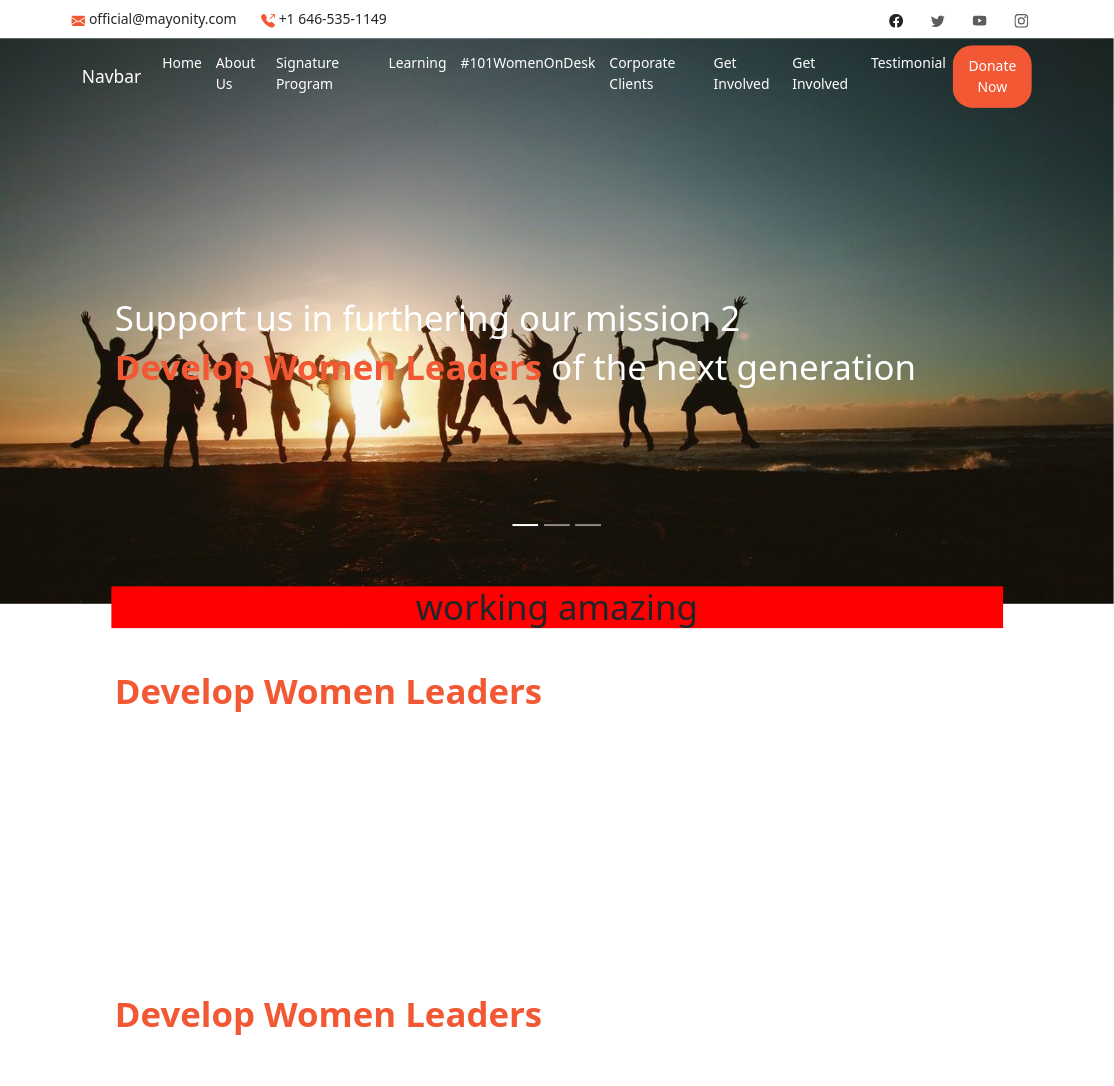
Repository: rizwan-zafar/wings
Page: /
The author's editor kept a copy of each file at every save. The page is drawn from the files as they stood at one save, then again after the next save.
The browser window is 1280 px wide. The pictures show the whole page, at 87% of full size.
The project was rebuilt for these pictures with package versions that can differ from the ones it lists, and the page was loaded fresh each time.

Above is the page before, as saved 2022-11-27 11:17:32.

### public/index.html
<!DOCTYPE html>
<html lang="en">
  <head>
    <meta charset="utf-8" />
    <link rel="icon" href="%PUBLIC_URL%/favicon.ico" />
    <meta name="viewport" content="width=device-width, initial-scale=1" />
    <meta name="theme-color" content="#000000" />
    <meta
      name="description"
      content="Web site created using create-react-app"
    />
    <link rel="apple-touch-icon" href="%PUBLIC_URL%/logo192.png" />
    <!--
      manifest.json provides metadata used when your web app is installed on a
      user's mobile device or desktop. See https://developers.google.com/web/fundamentals/web-app-manifest/
    -->
    <link rel="manifest" href="%PUBLIC_URL%/manifest.json" />
    <!--
      Notice the use of %PUBLIC_URL% in the tags above.
      It will be replaced with the URL of the `public` folder during the build.
      Only files inside the `public` folder can be referenced from the HTML.

      Unlike "/favicon.ico" or "favicon.ico", "%PUBLIC_URL%/favicon.ico" will
      work correctly both with client-side routing and a non-root public URL.
      Learn how to configure a non-root public URL by running `npm run build`.
    -->
    <title>Wings</title>
  </head>
  <body>
    <noscript>You need to enable JavaScript to run this app.</noscript>
    <div id="root"></div>
    <!--
      This HTML file is a template.
      If you open it directly in the browser, you will see an empty page.

      You can add webfonts, meta tags, or analytics to this file.
      The build step will place the bundled scripts into the <body> tag.

      To begin the development, run `npm start` or `yarn start`.
      To create a production bundle, use `npm run build` or `yarn build`.
    -->
  </body>
</html>

### src/index.js
import React from 'react';
import ReactDOM from 'react-dom/client';
import './index.css';
import App from './App';
import "../node_modules/bootstrap/dist/css/bootstrap.min.css"
import "../node_modules/bootstrap/dist/js/bootstrap.min.js"

const root = ReactDOM.createRoot(document.getElementById('root'));
root.render(
  <React.StrictMode>
    <App />
  </React.StrictMode>
);

// If you want to start measuring performance in your app, pass a function
// to log results (for example: reportWebVitals(console.log))
// or send to an analytics endpoint. Learn more: https://bit.ly/CRA-vitals

### src/index.css
html {
  margin: 0;
  padding: 0;
  font-family: -apple-system, BlinkMacSystemFont, 'Segoe UI', 'Roboto', 'Oxygen',
    'Ubuntu', 'Cantarell', 'Fira Sans', 'Droid Sans', 'Helvetica Neue',
    sans-serif;
  -webkit-font-smoothing: antialiased;
  -moz-osx-font-smoothing: grayscale;
}
.icons{
  color:#f15833 ;
}
.social-icons{
  color:#000000a3
}

### src/App.js
import Home from "./Pages/Home"
function App() {
  return (

    <>
      <Home />
    </>

  );
}

export default App;

### src/Pages/Home.js
import React from 'react'
import TopNavbar from "../Components/Topnavbar"
// import Navbar from "../Components/Navbar"
import Slider from "../Components/Slider"
export default function Home() {
    return (
        <div>
            <TopNavbar />
            {/* <Navbar /> */}
            <Slider />
        </div>
    )
}

### src/Components/Topnavbar.js
import React from 'react'
import "../Css/Topnav.css"
import { EnvelopeFill, TelephoneOutboundFill, Twitter, Youtube, Instagram, Facebook } from "react-bootstrap-icons"
export default function Topnavbar() {
    return (
        <div className="top-bar container d-flex justify-content-between">
            <div>
                <span> <EnvelopeFill className="icons" /> official@mayonity.com</span>
                <span className="set-padding p-4"> <TelephoneOutboundFill className="icons ml-3" /> +1 646-535-1149</span>
            </div>
            <div>
                <span className="p-3 social-icons-"><Facebook /></span>
                <span className="p-3 social-icons"><Twitter /></span>
                <span className="p-3 social-icons"><Youtube /></span>
                <span className="p-3 social-icons"><Instagram /></span>
            </div>
        </div>
    )
}

### src/Components/Slider.js
import React from 'react'
import "../Css/Slider.css"
import Navbar from "../Components/Navbar"
export default function Slider() {
    return (
        <>
            <div className="set-slider">
                <Navbar />
                <div id="carouselExampleCaptions" className=" carousel slide" data-bs-ride="false">
                    <div className="carousel-indicators">
                        <button type="button" data-bs-target="#carouselExampleCaptions" data-bs-slide-to="0" className="active" aria-current="true" aria-label="Slide 1"></button>
                        <button type="button" data-bs-target="#carouselExampleCaptions" data-bs-slide-to="1" aria-label="Slide 2"></button>
                        <button type="button" data-bs-target="#carouselExampleCaptions" data-bs-slide-to="2" aria-label="Slide 3"></button>
                    </div>
                    <div className="carousel-inner container">
                        <div className="carousel-item active">
                            <div>
                                <h1>Support us in furthering our mission 2</h1>
                                <h1><strong>Develop Women Leaders</strong> of the next generation</h1>
                            </div>
                        </div>
                    </div>
                    <div className="carousel-inner container">
                        <div className="carousel-item active">
                            <div>
                                <h1>Support us in furthering our mission 3</h1>
                                <h1><strong>Develop Women Leaders</strong> of the next generation</h1>
                            </div>
                        </div>
                    </div>
                    <div className="carousel-inner container">
                        <div className="carousel-item active">
                            <div>
                                <h1>Support us in furthering our mission</h1>
                                <h1><strong>Develop Women Leaders</strong> of the next generation</h1>
                            </div>
                        </div>
                    </div>
                    <div>
                        <button className="carousel-control-prev" type="button" data-bs-target="#carouselExampleCaptions" data-bs-slide="prev">
                            <span className="carousel-control-prev-icon" aria-hidden="true"></span>
                            <span className="visually-hidden">Previous</span>
                        </button>
                        <button className="carousel-control-next" type="button" data-bs-target="#carouselExampleCaptions" data-bs-slide="next">
                            <span className="carousel-control-next-icon" aria-hidden="true"></span>
                            <span className="visually-hidden">Next</span>
                        </button>
                    </div>
                </div>
            </div>

            <div className="container text-center slider-footer">
                <div className="container">
                    <h1>working amazing</h1>
                </div>
            </div>
        </>
    )
}

### src/Css/Topnav.css
.top-bar{
background-color: #fff;
padding: 10px;
}
.nav-container .btn
{
    background: #f15833;
    border-radius: 23px;
    color: white;
    padding: 11px;
    font-weight: 500;
}
 .nav-container nav ul li a
{
    color:  white;
}

### src/Css/Slider.css
.set-slider {
    background-image: url("/public/Images/header.jpg");
    background-size: cover;
    background-repeat: no-repeat;
    height: 650px;
}

.set-slider .carousel-indicators {
    top: 300px
}

.set-slider .carousel-inner {
    margin-top: 160px;
    color: white
}

.set-slider .carousel-inner .carousel-item>div {

    padding: 50px;
}

.set-slider .carousel-inner h1 {

    font-weight: 400;
}

.set-slider .carousel-inner h1 strong {
    color: #f15833
}

.slider-footer>div {
    background: red;
    max-width: 1025px;
     margin-top: -20px;
}


@media (max-width: 991px) {

    .pricing .custom-container h4 {
        font-size: 25px;
        text-transform: uppercase;
    }

    .pricing .row>div {
        padding-bottom: 12px;
    }
}

### src/Components/Navbar.js
import React from 'react'

export default function Navbar() {
    return (
        <div className="nav-container container">
        <nav className="navbar navbar-expand-lg navbar-dark">
  <div className="container-fluid">
    <a className="navbar-brand" href="/">Navbar</a>
    <button className="navbar-toggler" type="button" data-bs-toggle="collapse" data-bs-target="#navbarNav" aria-controls="navbarNav" aria-expanded="false" aria-label="Toggle navigation">
      <span className="navbar-toggler-icon"></span>
    </button>
    <div className="collapse navbar-collapse" id="navbarNav">
      <ul className="navbar-nav ms-auto">
        <li className="nav-item">
          <a className="nav-link active" aria-current="page" href="/">Home</a>
        </li>
        <li className="nav-item">
          <a className="nav-link" href="/">About Us</a>
        </li>
        <li className="nav-item">
          <a className="nav-link" href="/">Signature Program</a>
        </li>
        <li className="nav-item">
          <a className="nav-link" href="/">Learning</a>
        </li>
        <li className="nav-item">
          <a className="nav-link" href="/">#101WomenOnDesk</a>
        </li>
        <li className="nav-item">
          <a className="nav-link" href="/">Corporate Clients</a>
        </li>
        <li className="nav-item">
          <a className="nav-link" href="/">Get Involved</a>
        </li>
        <li className="nav-item">
          <a className="nav-link" href="/">Get Involved</a>
        </li>
        <li className="nav-item">
          <a className="nav-link" href="/">Testimonial</a>
        </li>
        <li className="nav-item">
          <a className="nav-link btn " href="/">Donate Now</a>
        </li>

      </ul>
    </div>
  </div>
</nav>
        </div>
    )
}

After the next save:
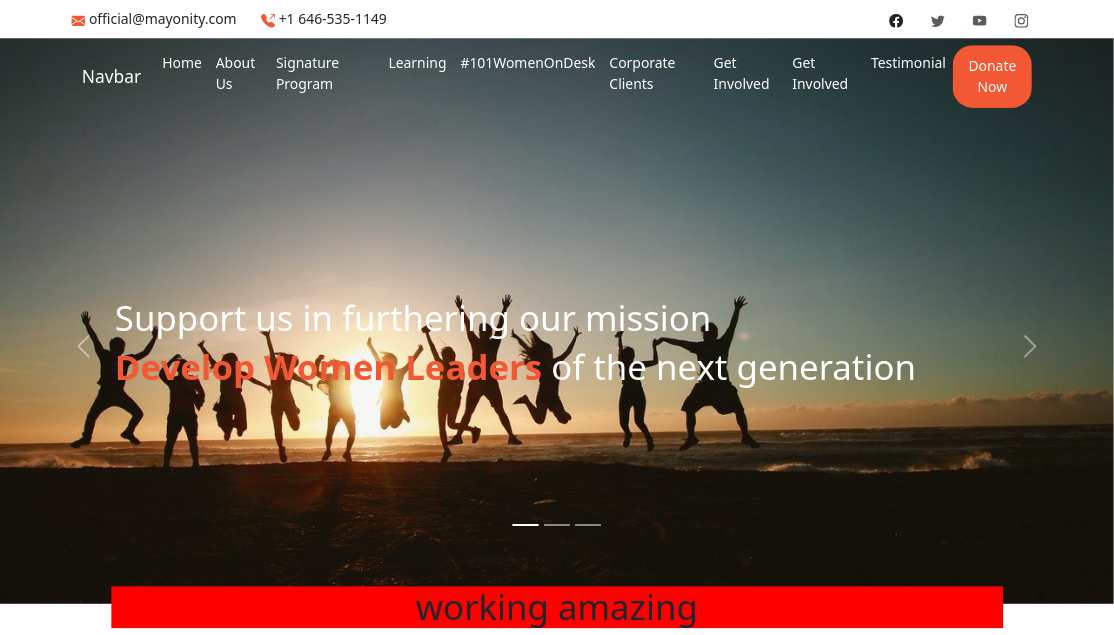
Saved 15 s later.
--- a/src/Components/Slider.js
+++ b/src/Components/Slider.js
@@ -11,22 +11,6 @@ export default function Slider() {
                         <button type="button" data-bs-target="#carouselExampleCaptions" data-bs-slide-to="0" className="active" aria-current="true" aria-label="Slide 1"></button>
                         <button type="button" data-bs-target="#carouselExampleCaptions" data-bs-slide-to="1" aria-label="Slide 2"></button>
                         <button type="button" data-bs-target="#carouselExampleCaptions" data-bs-slide-to="2" aria-label="Slide 3"></button>
-                    </div>
-                    <div className="carousel-inner container">
-                        <div className="carousel-item active">
-                            <div>
-                                <h1>Support us in furthering our mission 2</h1>
-                                <h1><strong>Develop Women Leaders</strong> of the next generation</h1>
-                            </div>
-                        </div>
-                    </div>
-                    <div className="carousel-inner container">
-                        <div className="carousel-item active">
-                            <div>
-                                <h1>Support us in furthering our mission 3</h1>
-                                <h1><strong>Develop Women Leaders</strong> of the next generation</h1>
-                            </div>
-                        </div>
                     </div>
                     <div className="carousel-inner container">
                         <div className="carousel-item active">
